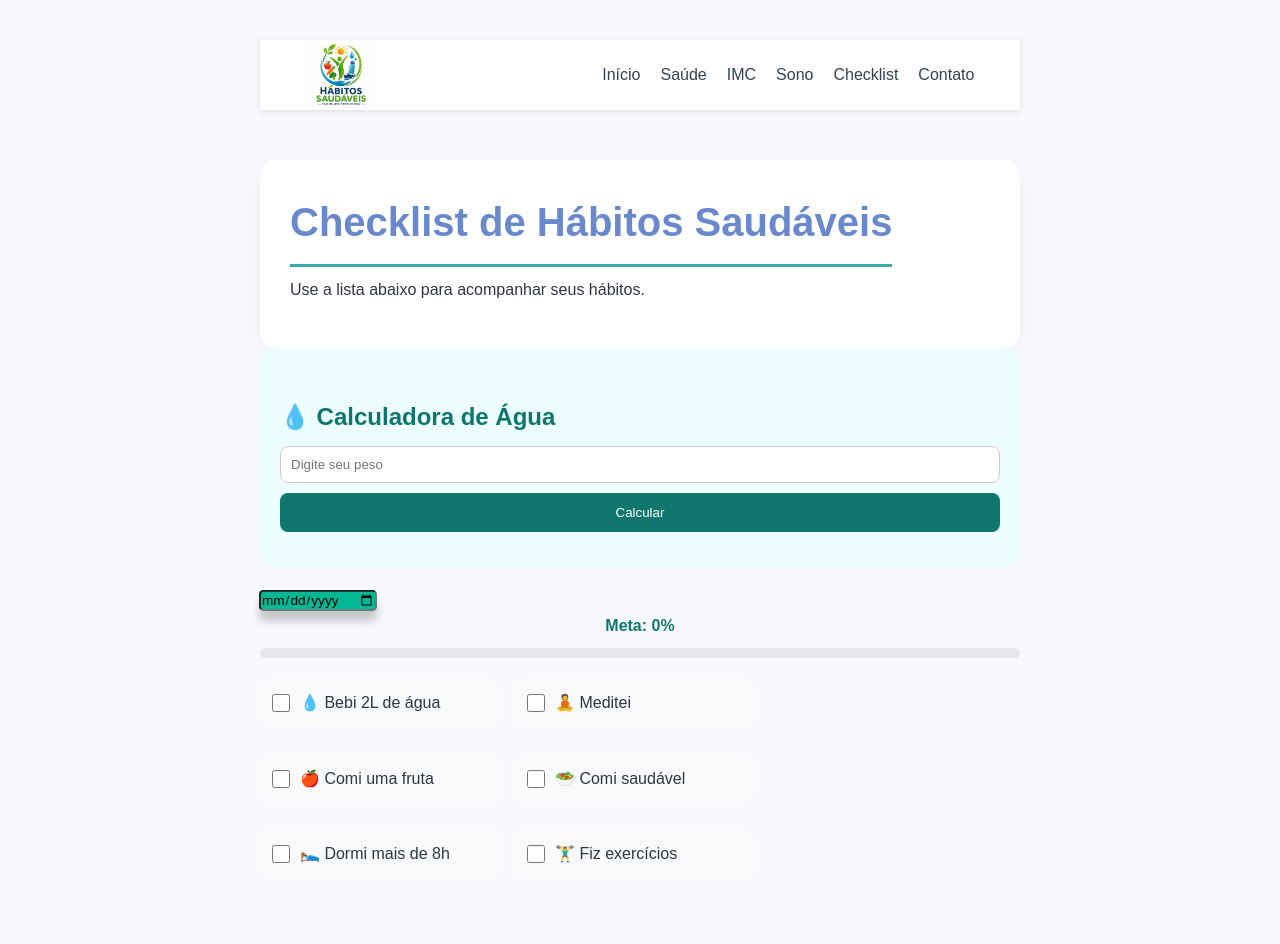
Repository: habitos2026/projetointegrador2026
Page: checklist.html
These files come from the project's save history. The page is drawn as it stood at one moment and after a run of saves; the edit follows.
The browser window is 1280 px wide. The pictures show the whole page.
The pointer rests on the first visible `.data`.

Above is the page before, as saved 2026-06-06 14:33:01.

### checklist.html
<!DOCTYPE html>
<html lang="pt-br">
<head>
<meta charset="UTF-8">
<meta name="viewport" content="width=device-width, initial-scale=1.0">
<title>Checklist</title>

<link rel="stylesheet" href="estilos.css">

<style>
/* SÓ O CHECKLIST (não mexe no resto do site) */

        :root {
            --cor-mente: #6a89cc;    /* Azul sereno */
            --cor-fisico: #38ada9;   /* Verde energia */
            --cor-agua: #4a69bd;     /* Azul hidratação */
            --cor-fundo: #f7f9fc;
        }

        /* Animação de Entrada */
        @keyframes fadeInUp {
            from {
                opacity: 0;
                transform: translateY(20px);
            }
            to {
                opacity: 1;
                transform: translateY(0);
            }
        }

        body {
            font-family: 'Segoe UI', Roboto, sans-serif;
            line-height: 1.6;
            background-color: var(--cor-fundo);
            color: #2f3542;
            max-width: 800px;
            margin: 0 auto;
            padding: 40px 20px;
        }

        header {
            text-align: center;
            margin-bottom: 50px;
            animation: fadeInUp 0.8s ease-out;
        }

        h1 {
            color: var(--cor-mente);
            font-size: 2.5rem;
            border-bottom: 3px solid var(--cor-fisico);
            display: inline-block;
            padding-bottom: 10px;
        }

        section {
            background: white;
            padding: 30px;
            border-radius: 15px;
            box-shadow: 0 10px 25px rgba(0,0,0,0.05);
            animation: fadeInUp 1s ease-out;
        }

        h2 {
            color: var(--cor-fisico);
            margin-top: 30px;
            display: flex;
            align-items: center;
            gap: 10px;
    }

.check-container {
    max-width: 500px;
    margin: 40px auto;
    background: white;
    padding: 25px;
    border-radius: 15px;
    box-shadow: 0 10px 25px rgba(0,0,0,0.1);
}

/* TÍTULO */
.check-container h1 {
    text-align: center;
    color: #0f766e;
}

/* DATA */
.check-container input[type="date"] {
    display: block;
    margin: 10px auto 20px;
    padding: 8px;
}

/* PROGRESSO */
.progresso {
    text-align: center;
    margin-bottom: 10px;
    font-weight: bold;
    color: #0f766e;
}

/* BARRA */
.barra {
    width: 100%;
    height: 10px;
    background: #e5e7eb;
    border-radius: 10px;
    overflow: hidden;
    margin-bottom: 20px;
}

.barra span {
    display: block;
    height: 100%;
    width: 0%;
    background: #0f766e;
    transition: 0.3s;
}

/* ITENS */
.habit-item {
    display: flex;
    align-items: center;
    gap: 10px;
    background: #f9fafb;
    padding: 12px;
    border-radius: 10px;
    margin-bottom: 10px;
}

.habit-item input {
    width: 18px;
    height: 18px;
}

/* TEXTO */
.habit-item span {
    font-weight: 500;
}

/* MARCADO */
.habit-item input:checked + span {
    text-decoration: line-through;
    color: #9ca3af;
}

/* MENSAGEM */
.msg {
    text-align: center;
    margin-top: 10px;
    color: green;
    font-weight: bold;
}

.data{
    border-radius: 5px;
}

.data::-webkit-calendar-picker-indicator{
    cursor: pointer;
}

.data:hover{
    cursor: pointer;
    background: #00b894;
    box-shadow: 0 10px 8px rgba(0, 0, 0, 0.2);
    transform: scale(1.02);
    transition:
    background
    box-shadow
    transform
    5s;
}

</style>

</head>

<body>

<div id="menu"></div>

<section class="intro">

    <h1>Checklist de Hábitos Saudáveis</h1>

    <p>
        Use a lista abaixo para acompanhar seus hábitos.
    </p>

</section>

<!-- CALCULADORA DE ÁGUA -->
<div class="agua-box">

    <h2>💧 Calculadora de Água</h2>

    <input type="number" id="peso" placeholder="Digite seu peso">

    <button onclick="calcularAgua()">
        Calcular
    </button>

    <p id="resultadoAgua"></p>

</div>

<!-- DATA -->
<input type="date" class="data" id="data">

<!-- PROGRESSO -->
<div class="progresso">
    Meta: <span id="pct">0%</span>
</div>

<div class="barra">
    <span id="bar"></span>
</div>

<!-- CHECKLIST -->

<div class="listas">
<label class="habit-item">
    <input type="checkbox" onchange="calc()">
    <span>💧 Bebi 2L de água</span>
</label>

<label class="habit-item">
    <input type="checkbox" onchange="calc()">
    <span>🧘 Meditei</span>
</label>

<label class="habit-item">
    <input type="checkbox" onchange="calc()">
    <span>🍎 Comi uma fruta</span>
</label>

<label class="habit-item">
    <input type="checkbox" onchange="calc()">
    <span>🥗 Comi saudável</span>
</label>

<label class="habit-item">
    <input type="checkbox" onchange="calc()">
    <span>🛌 Dormi mais de 8h</span>
</label>

<label class="habit-item">
    <input type="checkbox" onchange="calc()">
    <span>🏋️‍♂️ Fiz exercícios</span>
</label>
</div>

<p id="msg" class="msg"></p>
<div id="imgGif"></div>

<script src="trabalho.js"></script>

</body>
</html>

### estilos.css
:root{
    --cinza245: rgb(245,245,245);
    --cinza220: rgb(220,220,220);
    --cinza128: rgb(128,128,128);
    --azul: rgb(0,80,120);
    --amarelo: yellow;
}

/* RESET */
*{
    margin:0;
    padding:0;
    box-sizing:border-box;
    font-family:Arial, sans-serif;
}

body{
    background:#f5f7fb;
    color:#1f2937;
}

/* HEADER */
header{
    background:white;
    height:70px;

    display:flex;
    align-items:center;
    justify-content:space-between;

    padding:0 6%;

    box-shadow:0 2px 8px rgba(0,0,0,0.1);
}

/* LOGO */
.logo{
    height:70px;
    width:auto;
}

/* MENU */
nav{
    display:flex;
    align-items:center;
    gap:20px;
}

nav a{
    text-decoration:none;
    color:#374151;
    transition: 0.5s;
}

nav a:hover{
    color:#0f766e;
    text-shadow: 0 0 5px #0f766e;
    box-shadow: 0 0 10px #0f766e;

}

/* TOPO MENU MOBILE */
.topoMenu{
    display:none;
}

/* BOTÃO MENU */
.botaoMenu{
    border:none;
    background:transparent;

    display:none;
    flex-direction:column;

    gap:6px;

    cursor:pointer;
    transition:0.5s;
}

.botaoMenu div{
    width:28px;
    height:3px;

    background:black;
    transition:0.5s;
}

/* MAIN */
main{
    max-width:800px;

    margin:40px auto;

    background:white;

    padding:30px;

    border-radius:10px;
}

/* TEXTOS */
h1{
    color:#0f766e;
    margin-bottom:10px;
}

p{
    margin-bottom:15px;
}

/* BANNER */
.bannerIndexInicio{
    width:100%;
    height:300px;
    overflow:hidden;
}

.bannerIndexInicio img{
    width:100%;
    height:100%;

    object-fit:cover;
    display:block;
}

.bannerIndex{
    height:100%;

    display:flex;
    justify-content:center;

    overflow:hidden;

    aspect-ratio:16/9;
}

.bannerIndex img{
    width:70%;
    height:80%;

    object-fit:cover;
}

/* BOX ÁGUA */
.agua-box{
    background:#ecfeff;

    padding:20px;

    border-radius:15px;

    margin-bottom:20px;
}

.agua-box h2{
    color:#0f766e;
    margin-bottom:10px;
}

.agua-box input{
    width:100%;

    padding:10px;

    margin-bottom:10px;

    border-radius:8px;

    border:1px solid #ccc;
}

.agua-box button{
    width:100%;

    padding:12px;

    background:#0f766e;

    color:white;

    border:none;

    border-radius:8px;

    cursor:pointer;

    transition:0.5s;
}

.agua-box button:hover{
    background:#115e59;

    transform:scale(1.01);

    box-shadow:
    0 0 10px rgb(1, 255, 234),
    0 0 15px rgb(0, 173, 253);
}

#resultadoAgua{
    margin-top:10px;
    font-weight:bold;
}

/* LISTAS */
.listas{
    width:65%;

    display:grid;

    grid-template-columns:repeat(2, 1fr);

    gap:1rem;
}

/* IMAGENS SAÚDE */
.Saude .Imagem img{

    width:35%;

    height:auto;

    object-fit:cover;

    border-radius:15px;

    transition:0.4s;
}

.Saude .Imagem img:hover{

    transform:scale(1.05);

    box-shadow:
    0 0 10px cyan,
    0 0 20px cyan,
    0 0 40px cyan;
}

.imc-box{
    background:#0f766e;

    padding:20px;

    border-radius:20px;

    margin-top:3rem;


}

.imc-box input{
    width:100%;

    padding:10px;

    margin-bottom:10px;

    border-radius:8px;

    border:1px solid #ccc;
}

.imc-box button{
    width:100%;

    padding:12px;

    background: white;

    border: none;

    border-radius:8px;

    cursor:pointer;

    transition:0.5s;
}

.imc-box button:hover{
    background:#f0f0f0;

    transform:scale(1.002);

    box-shadow:
    0 0 6px rgb(1, 255, 234),
    0 0 8px rgb(0, 173, 253),
    0 0 15px  rgba(18, 165, 153);
}

#resultado{
    margin-top:20px;

    font-weight:bold;

    display: flex;

    flex-direction: column;

    align-items: center;

    gap: 10px;

}

#botaoFecharMenu{
    border:none;

    background:transparent;

    box-shadow: none;

    font-size:20px;

    cursor:pointer;

    transition: 0.5s;

    border-radius: 100px;

}


#botaoFecharMenu:hover{
    color: red;
    box-shadow: 0 10px 10px rgba(0,0,0,0.6);
}

#botaoFecharMenu:active{
  animation: clickEffect 0.2s ease;
}

@keyframes clickEffect {
  0% {
    transform: scale(1);
    box-shadow: 0 0 10px red;
  }
  50% {
    transform: scale(0.95);
    box-shadow: 0 0 20px red;
  }
  100% {
    transform: scale(1);
    box-shadow: 0 0 10px red;
  }
}

/* ANIMAÇÃO */
@keyframes subir{

    from{
        opacity:0;
        transform:translateY(-20px);
    }

    to{
        opacity:1;
        transform:translateY(0);
    }

}

/* MOBILE */
@media screen and (max-width:950px){

    .botaoMenu{
        display:flex;

        animation:subir 0.5s ease;
    }

    .botaoMenu:hover{
        transform: scale(1.03);
    }
    .botaoMenu:hover div{
        box-shadow: 0 10px 15px rgba(0,0,0,0.4);

    }

    nav{
        position:fixed;

        top:0;
        right:-100%;

        width:80%;
        height:100vh;

        background:white;

        flex-direction:column;

        align-items:flex-start;

        padding:30px;

        transition:0.5s;

        z-index:999;
    }

    .topoMenu{
        display:flex;

        width:100%;

        justify-content:space-between;

        align-items:center;

        margin-bottom:30px;
    }

    .topoMenu button{
        border:none;

        background:transparent;

        font-size:20px;

        cursor:pointer;
    }

    nav a{
        width:100%;

        padding:12px 0;

        border-bottom:1px solid var(--cinza220);
    }

    main{
        margin:20px;
    }

    .bannerIndex img{
        width:100%;
        height:220px;
    }

    .listas{
        width:100%;

        grid-template-columns:1fr;
    }

    .Saude .Imagem img{
        width:100%;
    }
}

### trabalho.js
fetch("menu.html")
.then(res => res.text())
.then(data => {

    document.getElementById("menu").innerHTML = data;

    const abrir = document.querySelector(".botaoMenu");

    const fechar = document.querySelector("#botaoFecharMenu");

    const menu = document.querySelector("#menuNav");

    abrir.addEventListener("click", () => {
        menu.style.right = "0";
    });

    fechar.addEventListener("click", () => {
        menu.style.right = "-100%";
    });

});

function calc() {

    // pega todos os checkbox
    const checks = document.querySelectorAll('.habit-item input');

    // quantidade marcada
    let marcados = 0;

    checks.forEach(check => {
        if(check.checked){
            marcados++;
        }
    });

    // calcula porcentagem
    let porcentagem = (marcados / checks.length) * 100;

    // atualiza texto
    document.getElementById("pct").innerText = porcentagem + "%";

    // atualiza barra
    document.getElementById("bar").style.width = porcentagem + "%";


    // mensagem
const msg = document.getElementById("msg");
const imgGif = document.getElementById("imgGif");

if (porcentagem === 100) {

    msg.innerText = "Parabéns! Você completou todos os hábitos 🎉";

    imgGif.innerHTML = `
        <img src="pasta-de-imagens/gifParabens.gif" alt="Parabéns">
    `;

} else {

    msg.innerText = "";
    imgGif.innerHTML = "";

}

}

const data = document.getElementById("data");

data.addEventListener("click", () => {
    data.showPicker();
});

### menu.html
<header>

    <img class="logo" src="pasta-de-imagens/images.webp" alt="Logo">

    <button class="botaoMenu">

        <div></div>
        <div></div>
        <div></div>

    </button>

    <nav id="menuNav">

        <div class="topoMenu">

            <h3>Menu</h3>
            <button id="botaoFecharMenu">X</button>
            <button id="abrirMenu" class="botaoMenu"></button>

        </div>

        <a href="index.html">Início</a>
        <a href="saude.html">Saúde</a>
        <a href="imc.html">IMC</a>
        <a href="sono.html">Sono</a>
        <a href="checklist.html">Checklist</a>
        <a href="contato.html">Contato</a>

    </nav>

</header>

After the next 2 saves:
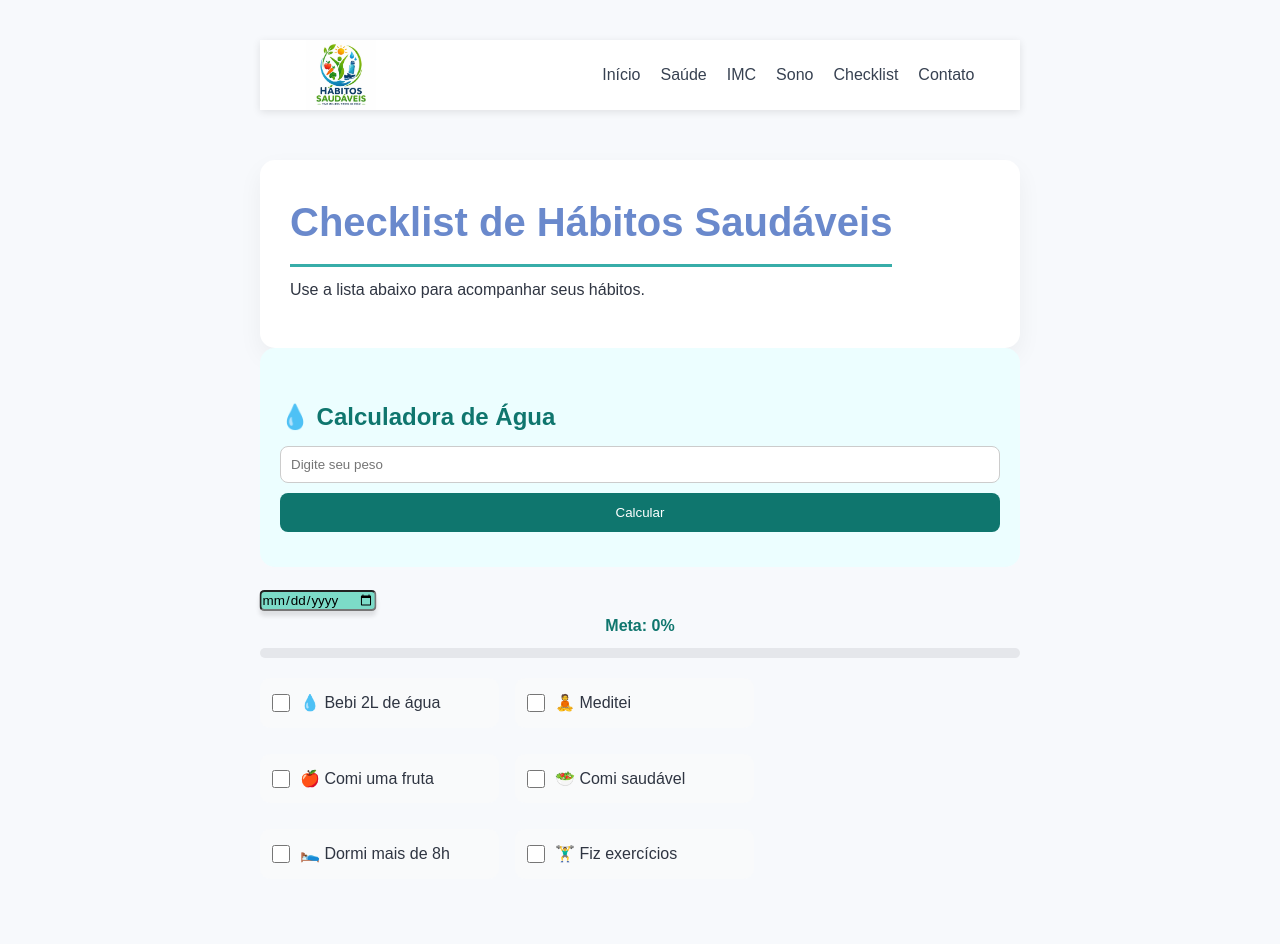
The 2 saves are shown as one change because they came seconds apart.
The last was saved 13 s later.
--- a/checklist.html
+++ b/checklist.html
@@ -166,9 +166,9 @@
     box-shadow: 0 10px 8px rgba(0, 0, 0, 0.2);
     transform: scale(1.02);
     transition:
-    background
-    box-shadow
-    transform
+    background,
+    box-shadow,
+    transform,
     5s;
 }
 

After the save that followed:
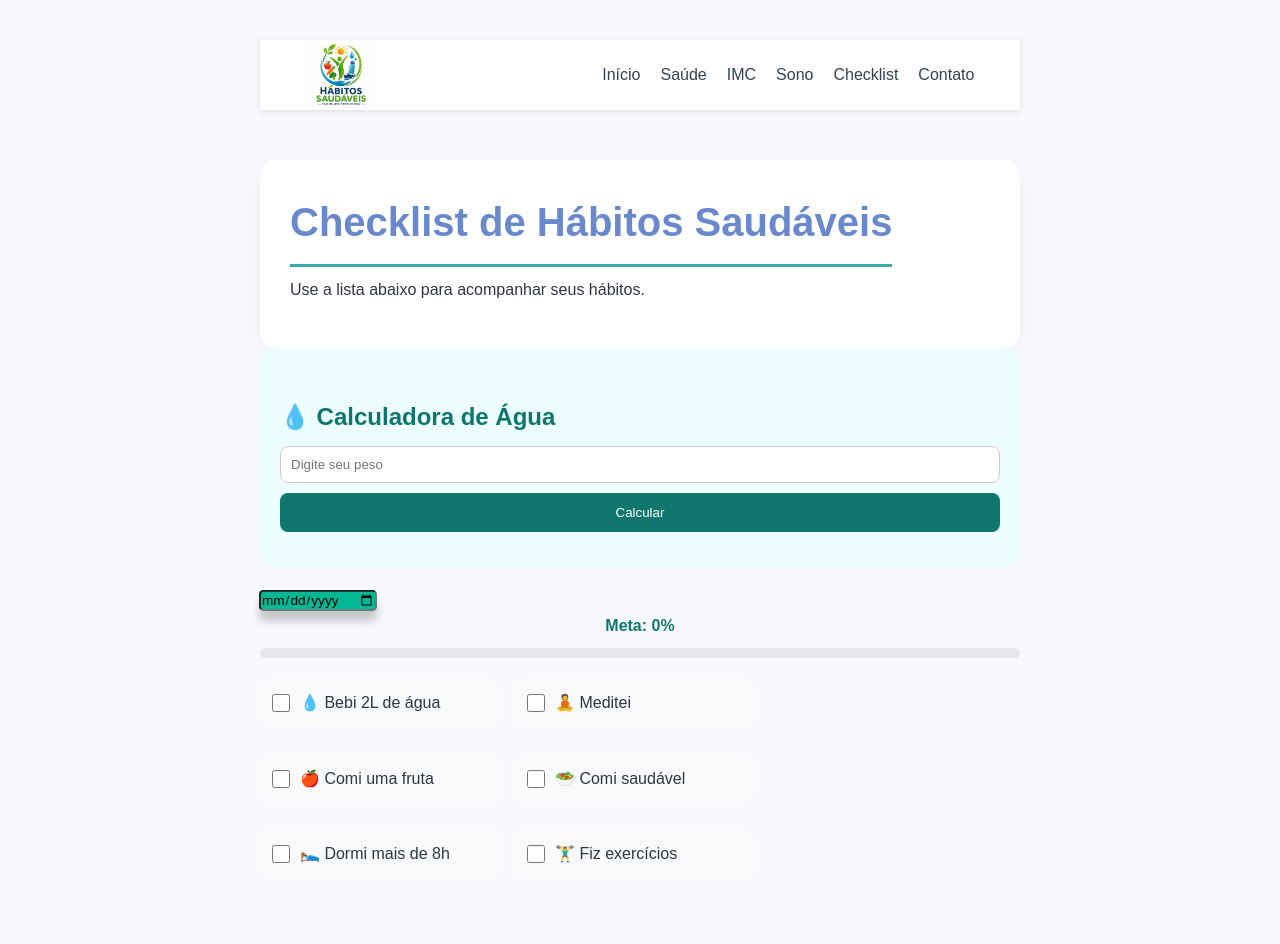
Saved 13 s later.
--- a/checklist.html
+++ b/checklist.html
@@ -169,7 +169,7 @@
     background,
     box-shadow,
     transform,
-    5s;
+    0s;
 }
 
 </style>
